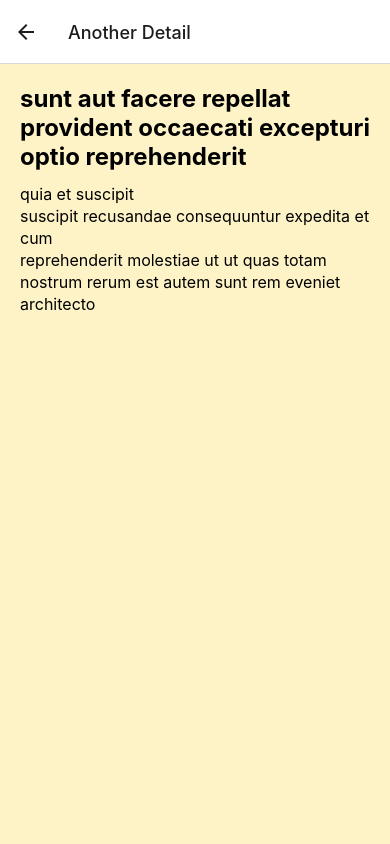
Repository: nawaz1568/Task_counter
Screen: /Post, after clicking the first element matching `div.r-transitionProperty-1i6wzkk`
These files come from the project's save history. The screen is drawn as it stood at one moment and after the next save; the edit follows.
The app was drawn by React Native's web renderer in a window 390 px wide. The project was rebuilt for these pictures with package versions that can differ from the ones it lists, and the page was loaded fresh each time. Also part of the build but not shown: src/components/Header.js, src/screens/PostListScreen.js, src/screens/PostDetailScreen.js, src/screens/CounterScreen.js.

Above is the screen before, as saved 2025-09-09 14:24:51.

### App.js
import React from 'react';
import { NavigationContainer } from '@react-navigation/native';
import { createNativeStackNavigator } from '@react-navigation/native-stack';
import LoginScreen from './src/screens/LoginScreen';
import PostListScreen from './src/screens/PostListScreen';
import PostDetailScreen from './src/screens/PostDetailScreen';
import CounterScreen from './src/screens/CounterScreen';
import PostsScreen from './src/screens/PostsScreen';
import AnotherDetailScreen from './src/screens/AnotherDetailScreen';

const Stack = createNativeStackNavigator();

export default function App() {
  return (
    <NavigationContainer>
      <Stack.Navigator initialRouteName="Login">
        <Stack.Screen name="Login" component={LoginScreen} options={{ title: 'Login' }} />
        <Stack.Screen name="Posts" component={PostListScreen} options={{ title: 'Posts' }} />
        <Stack.Screen name="Details" component={PostDetailScreen} options={{ title: 'Post Details' }} />
        <Stack.Screen name="AnotherDetails" component={AnotherDetailScreen} options={{ title: 'Another Detail' }} />
        <Stack.Screen name="Post" component={PostsScreen} options={{ title: 'Post' }} />
        <Stack.Screen name="Counter" component={CounterScreen} options={{ title: 'Counter' }} />
      </Stack.Navigator>
    </NavigationContainer>
  );
}

### src/screens/LoginScreen.js
import React, { useState } from 'react';
import { View, Text, TextInput, Alert, TouchableOpacity, StyleSheet } from 'react-native';

export default function LoginScreen({ navigation }) {
  const [email, setEmail] = useState('');
  const [password, setPassword] = useState('');

  // Login button function
  const onLogin = () => {
    Alert.alert('Login', `Email: ${email}\nPassword: ${password}`);
    navigation.navigate('Posts'); // Navigate to Posts screen
  };

  // Go to Counter Demo button function
  const goToCounter = () => {
    navigation.navigate('Counter'); // Navigate to Counter screen
  };

  return (
    <View style={styles.container}>
      <Text style={styles.title}>Welcome</Text>

      {/* Text Inputs */}
      <TextInput
        placeholder="Email"
        value={email}
        onChangeText={setEmail}
        keyboardType="email-address"
        autoCapitalize="none"
        style={styles.input}
      />
      <TextInput
        placeholder="Password"
        value={password}
        onChangeText={setPassword}
        secureTextEntry
        style={styles.input}
      />

      {/* Login Button */}
      <TouchableOpacity style={styles.button} onPress={onLogin}>
        <Text style={styles.buttonText}>Login</Text>
      </TouchableOpacity>

{/* JSON Button */}
<TouchableOpacity
  style={[styles.button, { backgroundColor: '#2563eb', marginTop: 12 }]}
  onPress={() => navigation.navigate('Post')} // matches Stack.Screen
>
  <Text style={styles.buttonText}>JSON Button</Text>
</TouchableOpacity>


      {/* Dummy Button */}
      <TouchableOpacity style={[styles.button, { backgroundColor: '#10b981', marginTop: 12 }]}>
        <Text style={styles.buttonText}>Dummy Button</Text>
      </TouchableOpacity>

      {/* Go to Counter Demo Button */}
      <TouchableOpacity style={[styles.button, { backgroundColor: '#f59e0b', marginTop: 12 }]} onPress={goToCounter}>
        <Text style={styles.buttonText}>Go to Counter Demo</Text>
      </TouchableOpacity>
    </View>
  );
}

const styles = StyleSheet.create({
  container: {
    flex: 1,
    alignItems: 'center',
    justifyContent: 'center',
    padding: 20,
    backgroundColor: '#f9fafb',
  },
  title: { fontSize: 24, fontWeight: '700', marginBottom: 24 },
  input: {
    width: '100%',
    borderWidth: 1,
    borderColor: '#d1d5db',
    borderRadius: 12,
    padding: 12,
    marginBottom: 12,
    backgroundColor: '#fff',
  },
  button: {
    width: '100%',
    padding: 14,
    backgroundColor: '#111827',
    borderRadius: 12,
    alignItems: 'center',
    marginTop: 4,
  },
  buttonText: { color: '#fff', fontWeight: '600' },
});

### src/screens/PostsScreen.js
import React from 'react';
import { View, Text, FlatList, TouchableOpacity, StyleSheet } from 'react-native';
import postsData from '../data/posts.json'; // your JSON file

export default function PostsScreen({ navigation }) {
  const renderItem = ({ item }) => (
    <TouchableOpacity
      style={styles.card}
      onPress={() =>
        navigation.navigate('AnotherDetails', {
          name: item.title,        // pass title
          description: item.body,  // pass body
        })
      }
    >
      <Text style={styles.heading}>userId: {item.userId}</Text>
      <Text style={styles.heading}>ID: {item.id}</Text>
      <Text style={styles.title}>{item.title}</Text>
      <Text style={styles.body}>{item.body}</Text>
    </TouchableOpacity>
  );

  return (
    <View style={styles.container}>
      <FlatList
        data={postsData}
        keyExtractor={(item) => item.id.toString()}
        renderItem={renderItem}
      />
    </View>
  );
}

const styles = StyleSheet.create({
  container: {
    flex: 1,
    padding: 16,
    backgroundColor: '#f3f4f6',
  },
  card: {
    backgroundColor: '#fff', // white background for cards
    padding: 16,
    borderRadius: 12,
    marginBottom: 12,
    shadowColor: '#000',
    shadowOpacity: 0.1,
    shadowRadius: 6,
    shadowOffset: { width: 0, height: 2 },
  },
  heading: {
    fontSize: 14,
    fontWeight: '600',
    color: '#374151',
  },
  title: {
    fontSize: 18,
    fontWeight: '700',
    marginVertical: 6,
  },
  body: {
    fontSize: 16,
    color: '#4b5563',
  },
});

### src/screens/AnotherDetailScreen.js
import React from 'react';
import { View, Text, StyleSheet } from 'react-native';

export default function AnotherDetailScreen({ route }) {
  const { name, description } = route.params; // receive title and body

  return (
    <View style={styles.container}>
      <Text style={styles.title}>{name}</Text>
      <Text style={styles.description}>{description}</Text>
    </View>
  );
}

const styles = StyleSheet.create({
  container: {
    flex: 1,
    padding: 20,
    backgroundColor: '#fef3c7',
  },
  title: {
    fontSize: 24,
    fontWeight: '700',
    marginBottom: 12,
  },
  description: {
    fontSize: 16,
    lineHeight: 22,
  },
});

Loaded but not shown: src/data/posts.json (common file)

After the next save:
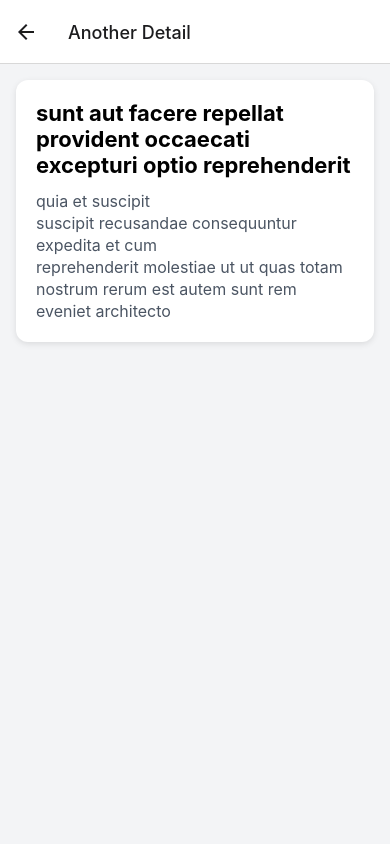
Saved 53 s later.
--- a/src/screens/AnotherDetailScreen.js
+++ b/src/screens/AnotherDetailScreen.js
@@ -6,8 +6,10 @@ export default function AnotherDetailScreen({ route }) {
 
   return (
     <View style={styles.container}>
-      <Text style={styles.title}>{name}</Text>
-      <Text style={styles.description}>{description}</Text>
+      <View style={styles.card}>
+        <Text style={styles.title}>{name}</Text>
+        <Text style={styles.body}>{description}</Text>
+      </View>
     </View>
   );
 }
@@ -15,16 +17,26 @@ export default function AnotherDetailScreen({ route }) {
 const styles = StyleSheet.create({
   container: {
     flex: 1,
+    padding: 16,
+    backgroundColor: '#f3f4f6', // screen background
+  },
+  card: {
+    backgroundColor: '#fff', // white background for the card
     padding: 20,
-    backgroundColor: '#fef3c7',
+    borderRadius: 12,
+    shadowColor: '#000',
+    shadowOpacity: 0.1,
+    shadowRadius: 6,
+    shadowOffset: { width: 0, height: 2 },
   },
   title: {
-    fontSize: 24,
+    fontSize: 22,
     fontWeight: '700',
     marginBottom: 12,
   },
-  description: {
+  body: {
     fontSize: 16,
+    color: '#4b5563',
     lineHeight: 22,
   },
 });
